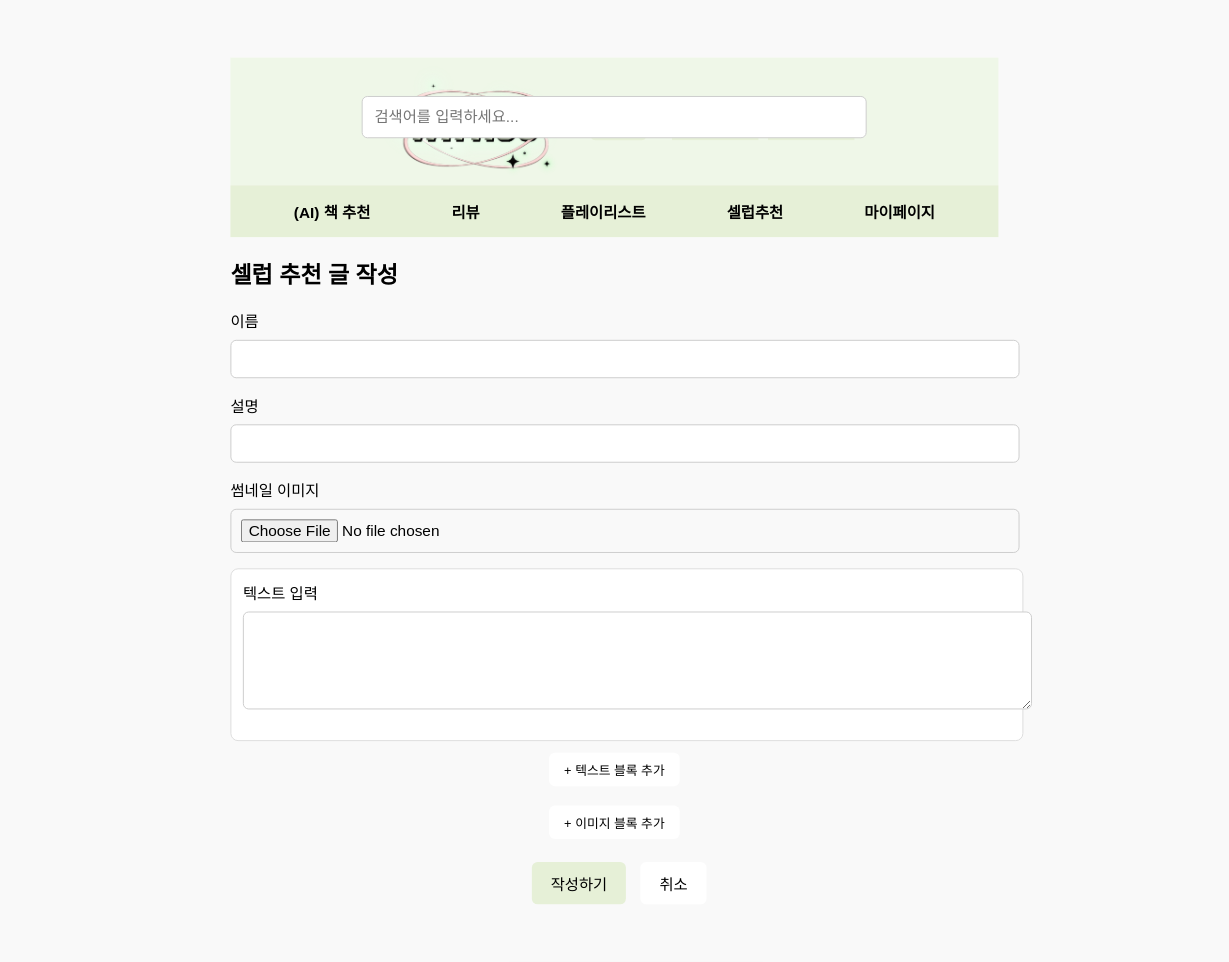
Repository: book-recommendation-team/book_recommendation_web_project
Page: http://localhost/2025_teamproject/celebForm.jsp
These files come from the project's save history. The page is drawn as it stood at one moment and after a run of saves; the edit follows.
The browser window is 1280 px wide. The pictures show the whole page, at 96% of full size.
The page is served by Tomcat 9.

Above is the page before, as saved 2025-07-02 05:18:52.

After the next 2 saves:
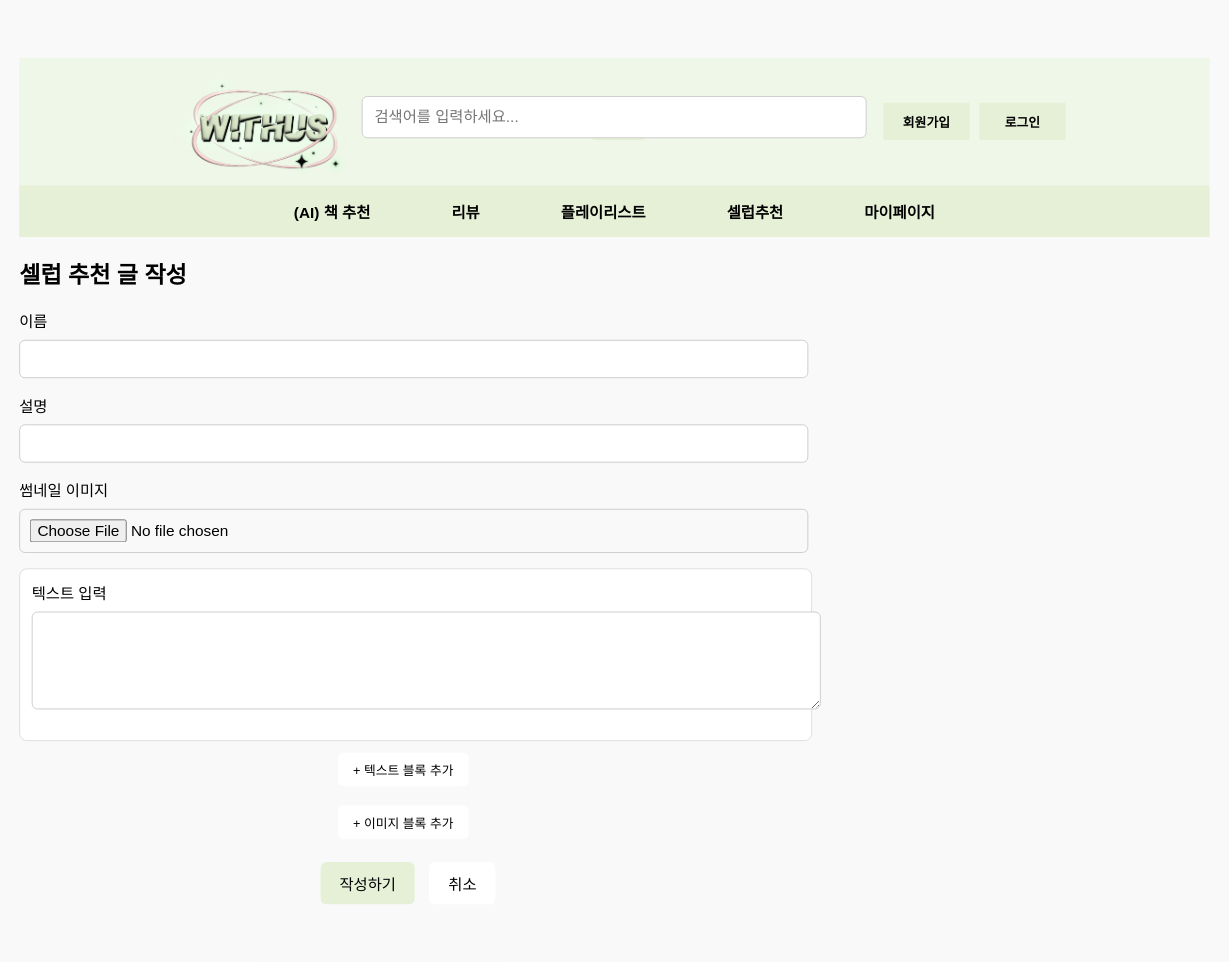
The 2 saves are shown as one change because they came seconds apart.
The last was saved 11 s later.
--- a/2025_teamproject/src/main/webapp/celebForm.jsp
+++ b/2025_teamproject/src/main/webapp/celebForm.jsp
@@ -12,7 +12,6 @@
 body {
 	font-family: 'Noto Sans KR', sans-serif;
 	margin: 40px auto;
-	max-width: 800px;
 	padding: 20px;
 	background-color: #f9f9f9;
 }
@@ -21,8 +20,11 @@
 	margin-bottom: 20px;
 	max-width: 800px;
 }
+
 form {
-max-width: 800px;}
+	max-width: 800px;
+}
+
 input[type="text"], input[type="file"], textarea {
 	width: 100%;
 	padding: 10px;
@@ -90,29 +92,29 @@
 
 <body>
 
-<header>
-	<div id="logo">
-		<a href="main.jsp"> <img src="img/logo.png" alt="로고">
-		</a>
-	</div>
+	<header>
+		<div id="logo">
+			<a href="main.jsp"> <img src="img/logo.png" alt="로고">
+			</a>
+		</div>
 
-	<div class="search-group">
-		<input type="text" id="search-box" placeholder="검색어를 입력하세요..." />
-		<button id="search-btn">검색</button>
-	</div>
-	<div id="user-buttons">
-		<button id="join-btn" onclick="location.href='join.jsp'">회원가입</button>
-		<button id="login-btn" onclick="location.href='Login.jsp'">로그인</button>
-	</div>
-</header>
+		<div class="search-group">
+			<input type="text" id="search-box" placeholder="검색어를 입력하세요..." />
+			<button id="search-btn">검색</button>
+		</div>
+		<div id="user-buttons">
+			<button id="join-btn" onclick="location.href='join.jsp'">회원가입</button>
+			<button id="login-btn" onclick="location.href='Login.jsp'">로그인</button>
+		</div>
+	</header>
 
-<nav>
-	<a href="#">(AI) 책 추천</a> <a
-		href="${pageContext.request.contextPath}/reviewList">리뷰</a> <a
-		href="#">플레이리스트</a> <a
-		href="${pageContext.request.contextPath}/celebList">셀럽추천</a> <a
-		href="#">마이페이지</a>
-</nav>
+	<nav>
+		<a href="#">(AI) 책 추천</a> <a
+			href="${pageContext.request.contextPath}/reviewList">리뷰</a> <a
+			href="#">플레이리스트</a> <a
+			href="${pageContext.request.contextPath}/celebList">셀럽추천</a> <a
+			href="#">마이페이지</a>
+	</nav>
 
 	<h2>셀럽 추천 글 작성</h2>
 

After the save that followed:
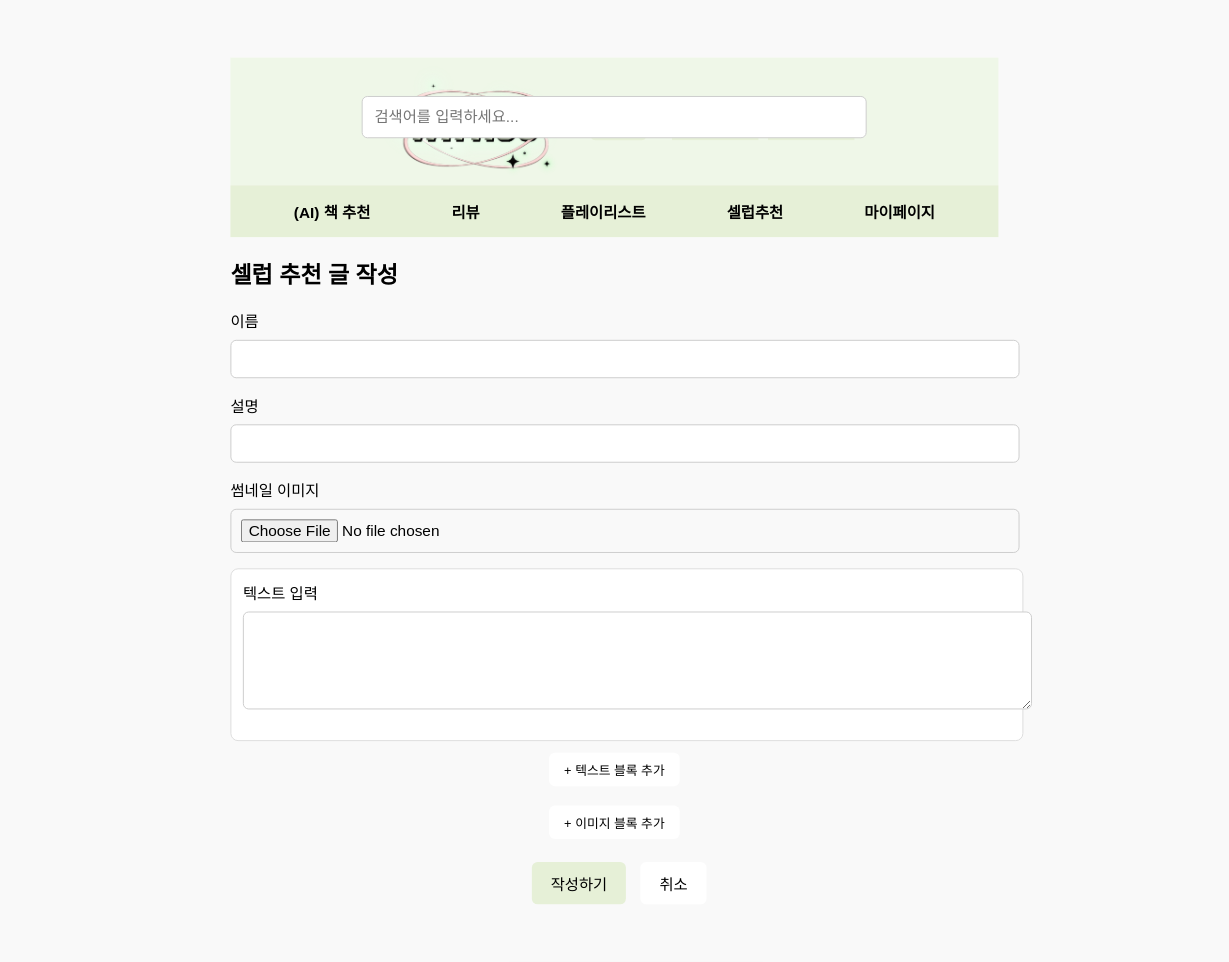
Saved 32 s later.
--- a/2025_teamproject/src/main/webapp/celebForm.jsp
+++ b/2025_teamproject/src/main/webapp/celebForm.jsp
@@ -12,6 +12,7 @@
 body {
 	font-family: 'Noto Sans KR', sans-serif;
 	margin: 40px auto;
+	max-width: 800px;
 	padding: 20px;
 	background-color: #f9f9f9;
 }
